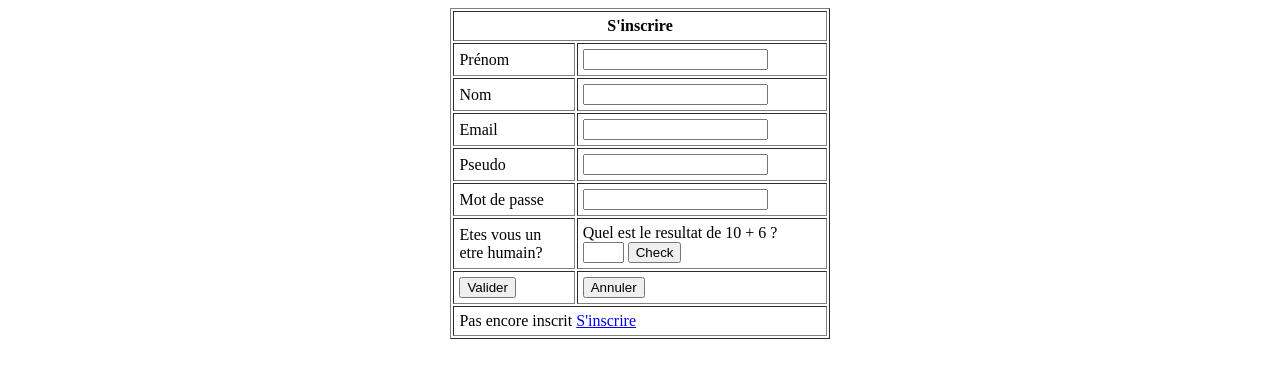
Repository: t2isoft/Login-jee
Page: http://localhost/spring-security-loginform-database/WEB-INF/pages/reg.jsp
These files come from the project's save history. The page is drawn as it stood at one moment and after the next save; the edit follows.
The browser window is 1280 px wide. The pictures show the whole page.
The page is served by Tomcat 9. Nobody is signed in. The template is opened directly, without the code that normally fills it, so the values that code supplies are empty.

Above is the page before, as saved 2015-11-24 09:13:28.

After the next save:
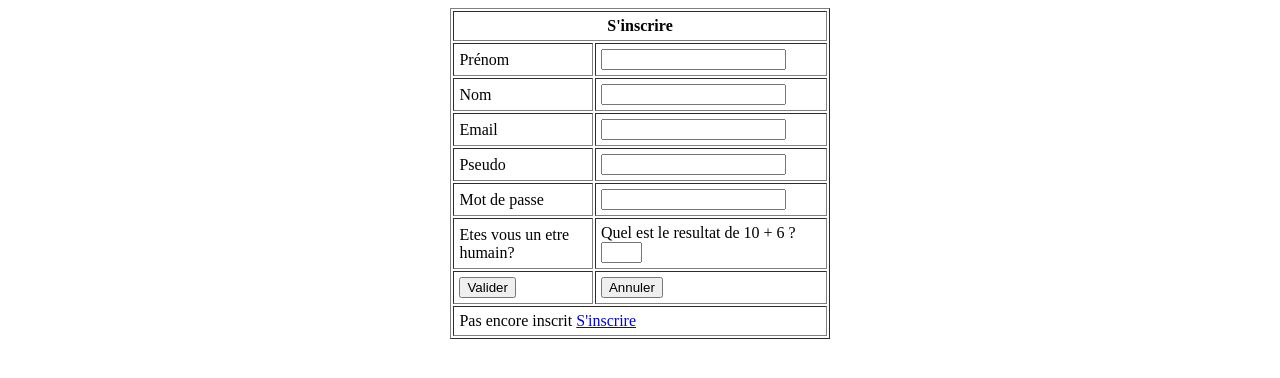
Saved 6 min 25 s later.
--- a/spring-security-loginform-database/src/main/webapp/WEB-INF/pages/reg.jsp
+++ b/spring-security-loginform-database/src/main/webapp/WEB-INF/pages/reg.jsp
@@ -54,10 +54,9 @@
                     <tr>
                         <td>Etes vous un etre humain?</td>
                         <td><script type="text/javascript">DrawBotBoot()</script>
-						<span> <input id="Button1" type="button" value="Check" onclick="alert(ValidBotBoot());"/> </span></td>
                     </tr>
                     <tr>
-                        <td><input type="submit" value="Valider" /></td>
+                        <td><input id="Button1" type="submit" value="Valider" onclick="alert(ValidBotBoot());"/></td>
                         <td><input type="reset" value="Annuler" /></td>
                     </tr>
                     <tr>
